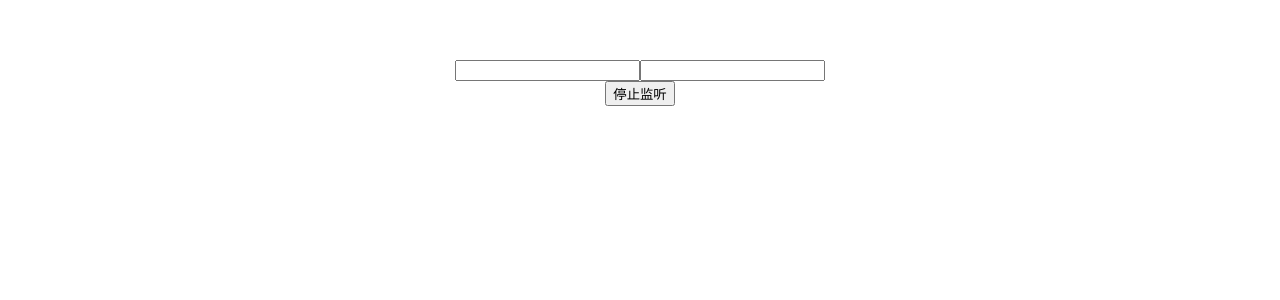
Repository: Earlcoming/Study
Page: / (app in Vite/vite-project/)
An editor plug-in stored every save of this project. The page is shown before and after a run of saves, followed by the edit.
The browser window is 1280 px wide. The pictures show the whole page.
The project was rebuilt for these pictures with package versions that can differ from the ones it lists, and the page was loaded fresh each time. Also part of the build but not shown: Vite/vite-project/vite.config.ts.

Above is the page before, as saved 2022-06-30 11:25:36.

After the next 4 saves:
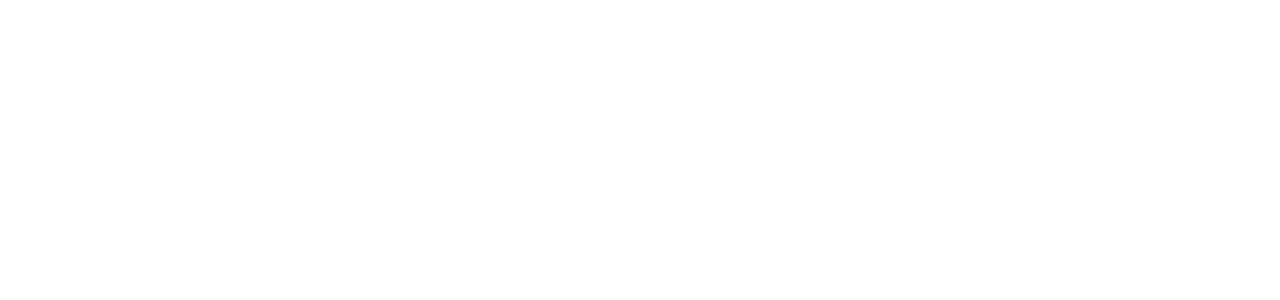
Console error: ReferenceError: ref is not defined
The 4 saves are shown as one change because 1 did not build or start and some came seconds apart.
The last was saved 36 s later.
--- a/Vite/vite-project/src/App.vue
+++ b/Vite/vite-project/src/App.vue
@@ -8,6 +8,7 @@
 const onChange = () => {
   console.log('onchange');
 }
+const list = ref(null)
 </script>
 <template>
   <!-- <Watch /> -->

After the 5 saves that followed:
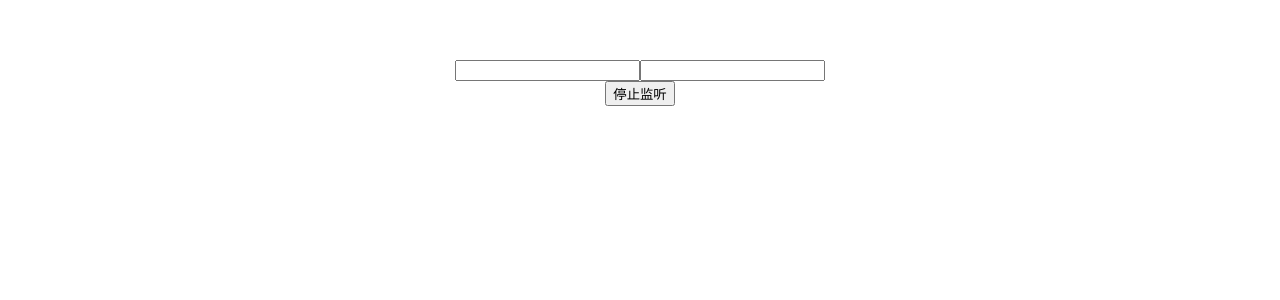
The error is gone.
The 5 saves are shown as one change because they came seconds apart.
The last was saved 15 s later.
--- a/Vite/vite-project/src/App.vue
+++ b/Vite/vite-project/src/App.vue
@@ -1,4 +1,5 @@
 <script setup lang="ts">
+import { ref } from 'vue'
 // This starter template is using Vue 3 <script setup> SFCs
 // Check out https://vuejs.org/api/sfc-script-setup.html#script-setup
 // import Watch from './components/Watch.vue'
@@ -13,7 +14,7 @@
 <template>
   <!-- <Watch /> -->
   <WatchEffect />
-  <defineApi @onChange="onChange" />
+  <defineApi ref="list" @onChange="onChange" />
 </template>
 <style>
 #app {
